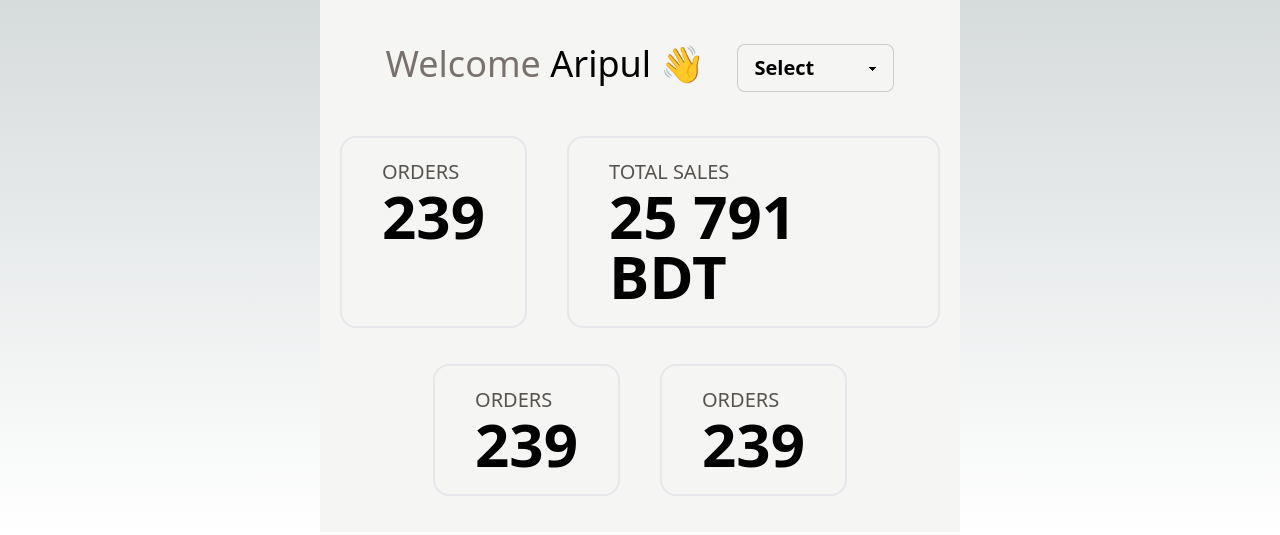
Repository: mehedi9465/nextapp
Page: /Dashboard
An editor plug-in stored every save of this project. The page is shown before and after the next save, followed by the edit.
The browser window is 1280 px wide. The pictures show the whole page.
The project was rebuilt for these pictures with package versions that can differ from the ones it lists, and the page was loaded fresh each time. The framework's server and built-in components were replaced by stand-ins that run in the browser. Also part of the build but not shown: next.config.js, Components/Navbar.js.

Above is the page before, as saved 2023-03-04 15:45:27.

### pages/Dashboard/index.js
import Navbar from "@/Components/Navbar";
import Link from "next/link";
import React from "react";

const index = () => {
  return (
    <>
      {/* <Navbar></Navbar> */}

      <div className="max-w-screen-sm mx-auto bg-stone-100 text-black overflow-hidden">
        <div className="flex justify-center py-2 my-9">
          <p className="text-4xl mx-4">
            <span className="text-stone-500">Welcome</span> Aripul 👋
          </p>
          <select className="select select-bordered text-xl max-w-xs bg-stone-100 outline-0 mx-4">
            <option disabled selected>
              Select
            </option>
            <option>Today</option>
            <option>Yesterday</option>
          </select>
        </div>
        <div className="flex justify-center my-9">
          <div className="border-2 rounded-2xl justify-start mx-5 px-10 py-5">
            <p className="uppercase text-stone-600 font-normal text-xl">
              Orders
            </p>
            <p className="text-6xl font-bold">239</p>
          </div>
          <div className="border-2 rounded-2xl justify-start mx-5 px-10 py-5 text-left">
            <p className="uppercase text-stone-600 font-normal text-xl">
              Total Sales
            </p>
            <p className="text-6xl font-bold">25 791 <b>BDT</b></p>
          </div>
        </div>
        <div className="flex justify-center my-9">
          <div className="border-2 rounded-2xl justify-start mx-5 px-10 py-5">
            <p className="uppercase text-stone-600 font-normal text-xl">
              Orders
            </p>
            <p className="text-6xl font-bold">239</p>
          </div>
          <div className="border-2 rounded-2xl justify-start mx-5 px-10 py-5 text-left">
            <p className="uppercase text-stone-600 font-normal text-xl">
              Orders
            </p>
            <p className="text-6xl font-bold">239</p>
          </div>
        </div>
      </div>
    </>
  );
};

export default index;

Loaded but not shown: pages/_app.js (common file); pages/_document.js (common file); styles/globals.css (common file); tailwind.config.js (common file)

After the next save:
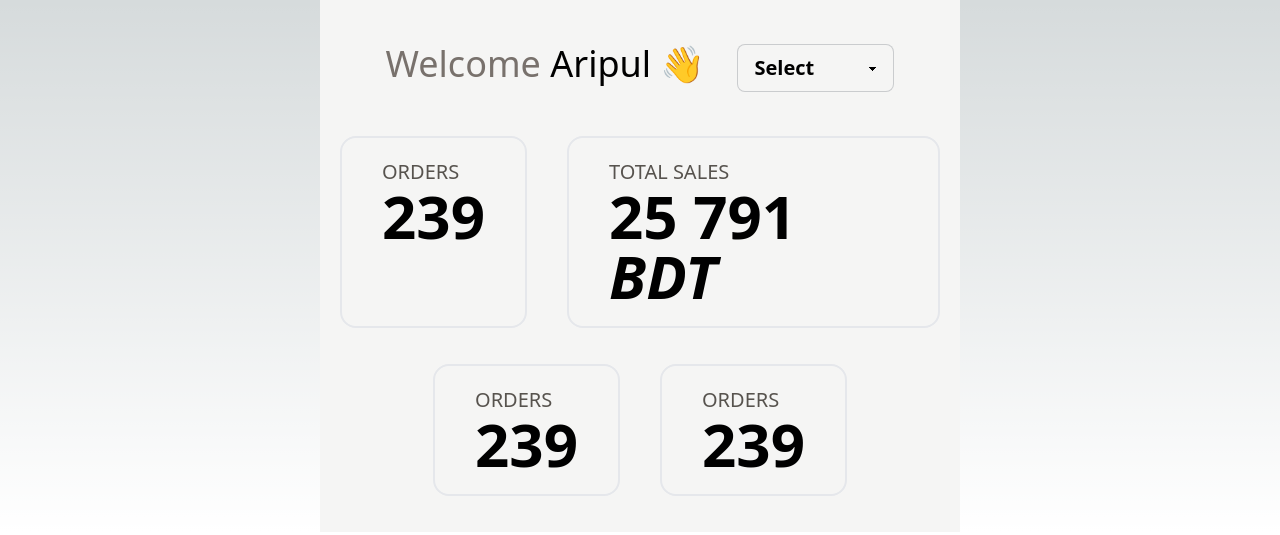
Saved 4 s later.
--- a/pages/Dashboard/index.js
+++ b/pages/Dashboard/index.js
@@ -31,7 +31,7 @@
             <p className="uppercase text-stone-600 font-normal text-xl">
               Total Sales
             </p>
-            <p className="text-6xl font-bold">25 791 <b>BDT</b></p>
+            <p className="text-6xl font-bold">25 791 <i>BDT</i></p>
           </div>
         </div>
         <div className="flex justify-center my-9">

After the save that followed:
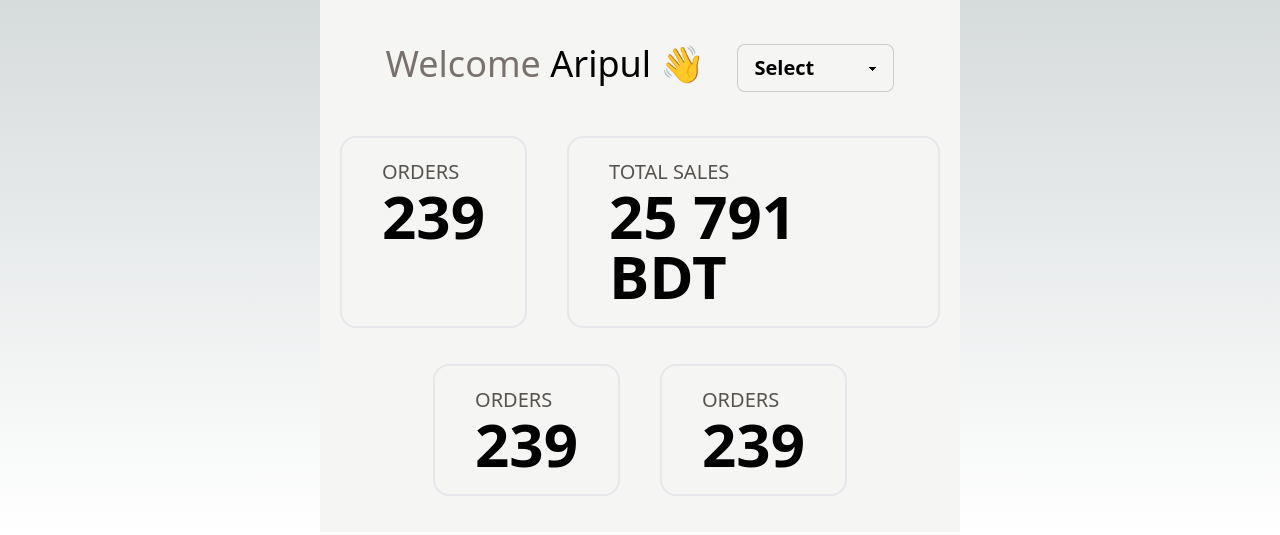
Saved 4 s later.
--- a/pages/Dashboard/index.js
+++ b/pages/Dashboard/index.js
@@ -31,7 +31,7 @@
             <p className="uppercase text-stone-600 font-normal text-xl">
               Total Sales
             </p>
-            <p className="text-6xl font-bold">25 791 <i>BDT</i></p>
+            <p className="text-6xl font-bold">25 791 <>BDT</></p>
           </div>
         </div>
         <div className="flex justify-center my-9">
